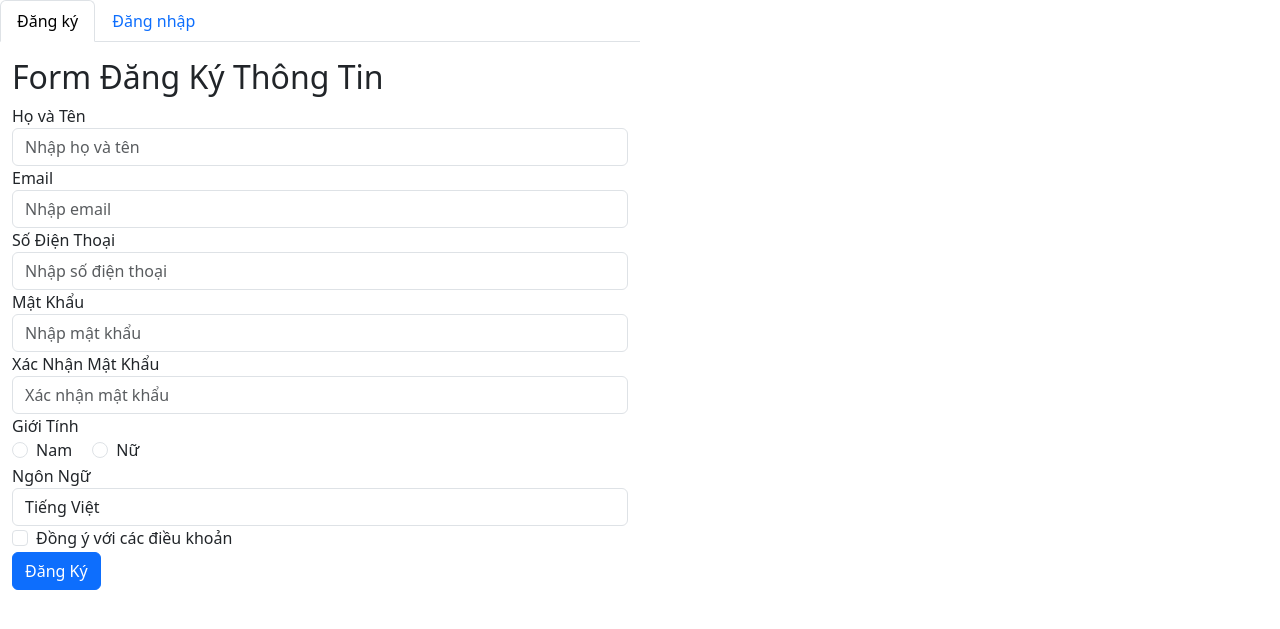
Repository: KizukoHeiwa/SOF308
Page: Lab2/bai3.html
These files come from the project's save history. The page is drawn as it stood at one moment and after the next save; the edit follows.
The browser window is 1280 px wide. The pictures show the whole page.

Above is the page before, as saved 2024-11-07 10:17:52.

### Lab2/bai3.html
<!DOCTYPE html>
<html lang="en">

<head>
    <meta charset="UTF-8">
    <meta name="viewport" content="width=device-width, initial-scale=1.0">
    <title>LAB2B3</title>
</head>

<body>
    <div class="container-mt-3 w-50">
        <ul class="nav nav-tabs" role="tablist">
            <li class="nav-item">
                <a href="#register" class="nav-link active" data-bs-toggle="tab">Đăng ký</a>
            </li>
            <li class="nav-item">
                <a href="#login" class="nav-link" data-bs-toggle="tab">Đăng nhập</a>
            </li>
        </ul>
        <div class="tab-content">
            <div id="register" class="container tab-pane active mt-3">
                <h2>Form Đăng Ký Thông Tin</h2>
                <form>
                    <div class="form-group">
                        <label for="fullName">Họ và Tên</label>
                        <input type="text" class="form-control" id="fullName" placeholder="Nhập họ và tên">
                    </div>
                    <div class="form-group">
                        <label for="email">Email</label>
                        <input type="email" class="form-control" id="email" placeholder="Nhập email">
                    </div>
                    <div class="form-group">
                        <label for="phoneNumber">Số Điện Thoại</label>
                        <input type="text" class="form-control" id="phoneNumber" placeholder="Nhập số điện thoại">
                    </div>
                    <div class="form-group">
                        <label for="password">Mật Khẩu</label>
                        <input type="password" class="form-control" id="password" placeholder="Nhập mật khẩu">
                    </div>
                    <div class="form-group">
                        <label for="confirmPassword">Xác Nhận Mật Khẩu</label>
                        <input type="password" class="form-control" id="confirmPassword"
                            placeholder="Xác nhận mật khẩu">
                    </div>
                    <div class="form-group">
                        <label>Giới Tính</label><br>
                        <div class="form-check form-check-inline">
                            <input class="form-check-input" type="radio" name="gender" id="genderMale" value="male">
                            <label class="form-check-label" for="genderMale">Nam</label>
                        </div>
                        <div class="form-check form-check-inline">
                            <input class="form-check-input" type="radio" name="gender" id="genderFemale" value="female">
                            <label class="form-check-label" for="genderFemale">Nữ</label>
                        </div>
                    </div>
                    <div class="form-group">
                        <label for="language">Ngôn Ngữ</label>
                        <select class="form-control" id="language">
                            <option>Tiếng Việt</option>
                            <option>English</option>
                        </select>
                    </div>
                    <div class="form-group form-check">
                        <input type="checkbox" class="form-check-input" id="agreeTerms">
                        <label class="form-check-label" for="agreeTerms">Đồng ý với các điều khoản</label>
                    </div>
                    <button type="submit" class="btn btn-primary">Đăng Ký</button>
                </form>
            </div>
            <div id="login" class="container tab-pane fade mt-3">
                <h2>Form Đăng Nhập</h2>
                <form>
                    <div class="form-group">
                        <label for="loginEmail">Email</label>
                        <input type="email" class="form-control" id="loginEmail" placeholder="Nhập email">
                    </div>
                    <div class="form-group">
                        <label for="loginPassword">Mật Khẩu</label>
                        <input type="password" class="form-control" id="loginPassword" placeholder="Nhập mật khẩu">
                    </div>
                    <button type="submit" class="btn btn-primary">Đăng Nhập</button>
                </form>
            </div>
        </div>
    </div>
    <link href="https://cdn.jsdelivr.net/npm/bootstrap@5.3.3/dist/css/bootstrap.min.css" rel="stylesheet">
    <link rel="stylesheet" href="https://cdnjs.cloudflare.com/ajax/libs/font-awesome/6.0.0-beta3/css/all.min.css">
    <script src="https://cdn.jsdelivr.net/npm/bootstrap@5.3.3/dist/js/bootstrap.bundle.min.js"></script>
</body>

</html>

After the next save:
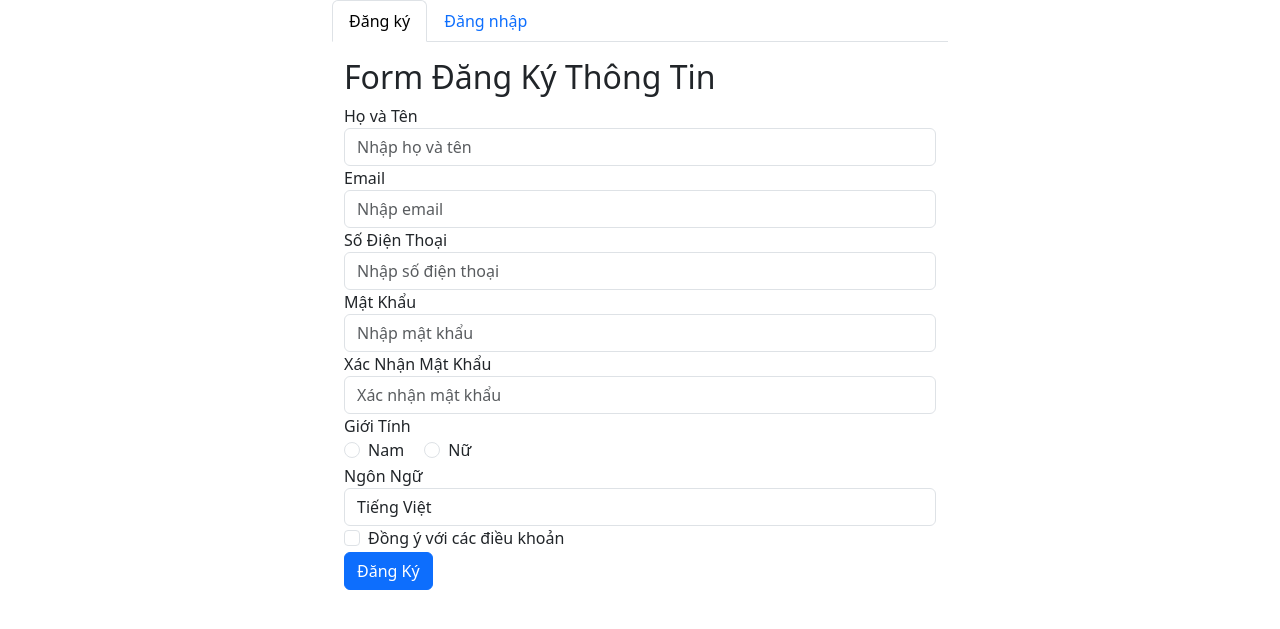
Saved 7 s later.
--- a/Lab2/bai3.html
+++ b/Lab2/bai3.html
@@ -8,7 +8,7 @@
 </head>
 
 <body>
-    <div class="container-mt-3 w-50">
+    <div class="container-fluid w-50">
         <ul class="nav nav-tabs" role="tablist">
             <li class="nav-item">
                 <a href="#register" class="nav-link active" data-bs-toggle="tab">Đăng ký</a>
